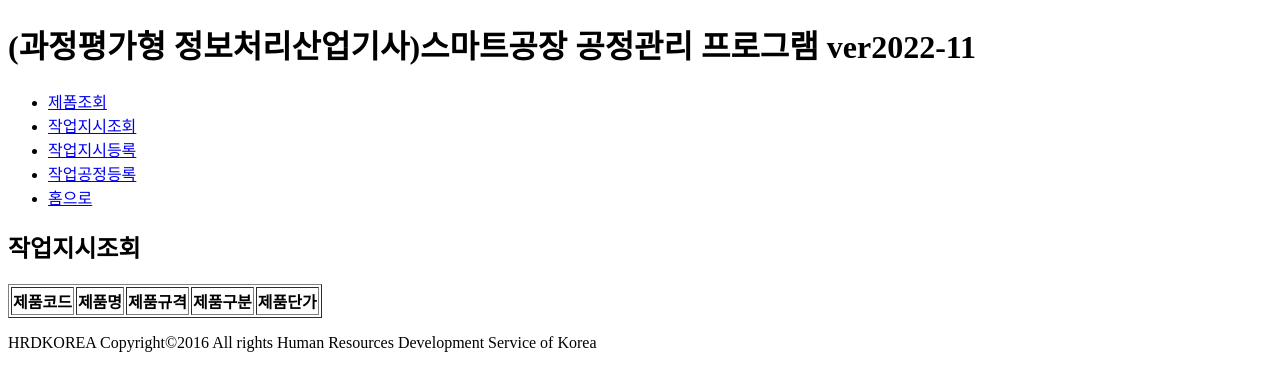
Repository: anakyn01/exam
Page: http://localhost/smart_5/sub2_1.jsp
An editor plug-in stored every save of this project. The page is shown before and after the next save, followed by the edit.
The browser window is 1280 px wide. The pictures show the whole page.
The page is served by Tomcat 9. Other server files are loaded and not shown.

Above is the page before, as saved 2025-01-06 07:06:04.

### smart_5/src/main/webapp/sub2_1.jsp
<%@ page language="java" contentType="text/html; charset=UTF-8"
    pageEncoding="UTF-8"%>
<jsp:include page="include/header.jsp"/>

<section>
<h2>작업지시조회</h2>
<table border=1>
<tr>
<th>제품코드</th>
<th>제품명</th>
<th>제품규격</th>
<th>제품구분</th>
<th>제품단가</th>
</tr>
</table>
</section>

<jsp:include page="include/footer.jsp"/>

### smart_5/src/main/webapp/include/header.jsp
<%@ page language="java" contentType="text/html; charset=UTF-8"
    pageEncoding="UTF-8"%>
<!DOCTYPE html>
<html>
<head>
<meta charset="UTF-8">
<title>스마트 공정관리 프로그램</title>
<link rel="stylesheet" href="css/style.css"/>
</head>
<body>
<header>
<h1>(과정평가형 정보처리산업기사)스마트공장 공정관리 프로그램 ver2022-11</h1>
</header>
<nav>
<ul>
<li><a href="sub1.jsp">제폼조회</a></li>
<li><a href="sub2.jsp">작업지시조회</a></li>
<li><a href="sub3.jsp">작업지시등록</a></li>
<li><a href="sub4.jsp">작업공정등록</a></li>
<li><a href="index.jsp">홈으로</a></li>
</ul>
</nav>

### smart_5/src/main/webapp/include/footer.jsp
<%@ page language="java" contentType="text/html; charset=UTF-8"
    pageEncoding="UTF-8"%>
<footer>
<p>HRDKOREA Copyright&copy;2016 All rights Human Resources Development Service of Korea</p>
</footer>
</body>
</html>

Loaded but not shown: smart_5/src/main/webapp/css/style.css (common file)

After the next save:
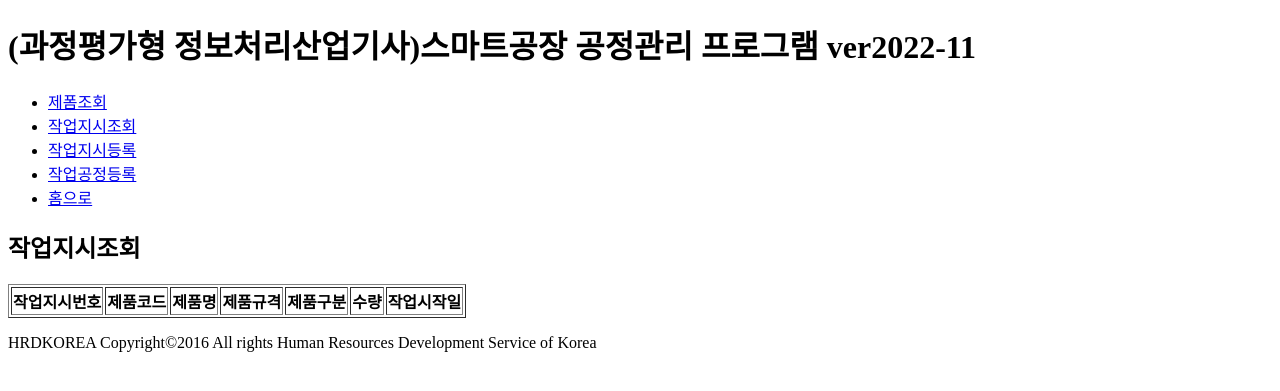
Saved 38 s later.
--- a/smart_5/src/main/webapp/sub2_1.jsp
+++ b/smart_5/src/main/webapp/sub2_1.jsp
@@ -6,11 +6,13 @@
 <h2>작업지시조회</h2>
 <table border=1>
 <tr>
+<th>작업지시번호</th>
 <th>제품코드</th>
 <th>제품명</th>
 <th>제품규격</th>
 <th>제품구분</th>
-<th>제품단가</th>
+<th>수량</th>
+<th>작업시작일</th>
 </tr>
 </table>
 </section>
